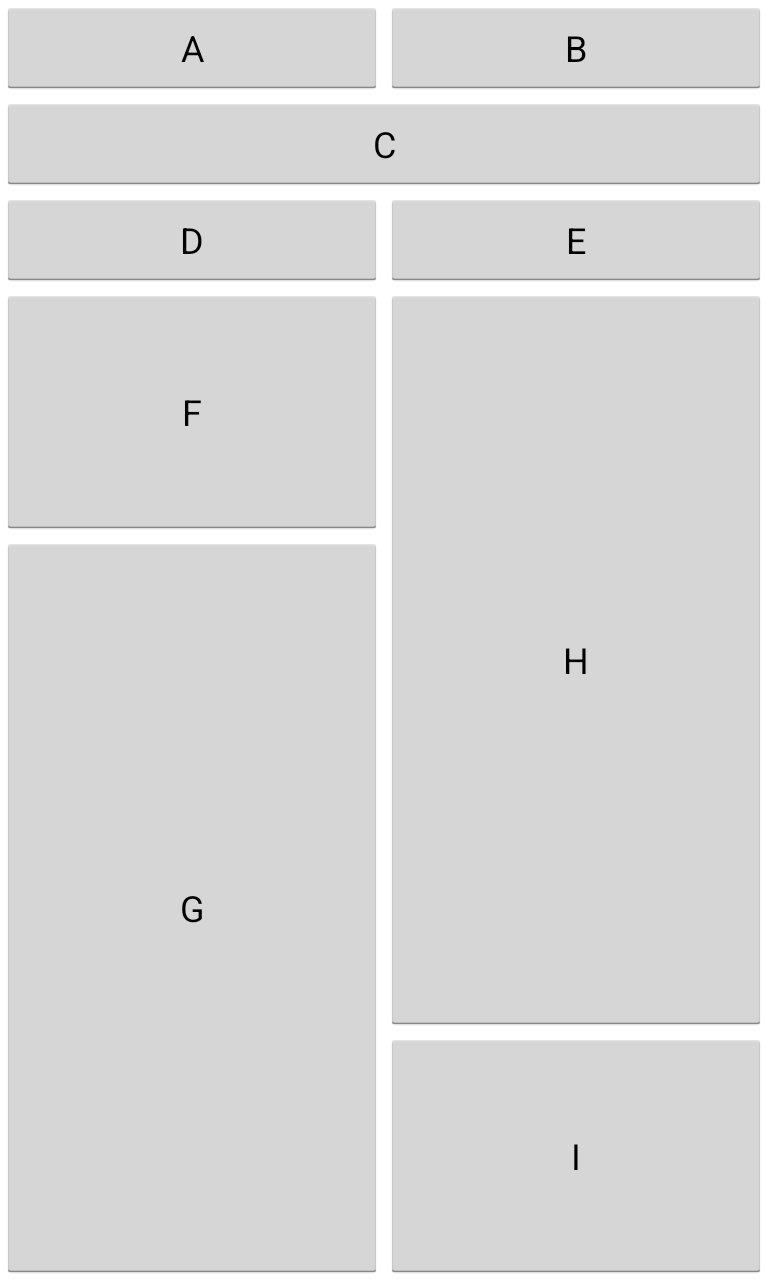
Repository: iracom/ejercicios-android
Layout: Layouts/res/layout/activity_main.xml
An editor plug-in stored every save of this project. The layout is shown before and after the next save, followed by the edit.
It is drawn on a 768 x 1280 px phone screen (xhdpi) without system bars, with theme AppTheme; the app's code is not run.

Above is the layout before, as saved 2014-05-07 06:39:55.

### Layouts/res/layout/activity_main.xml
<LinearLayout xmlns:android="http://schemas.android.com/apk/res/android"
    xmlns:tools="http://schemas.android.com/tools"
    android:id="@+id/container"
    android:layout_width="match_parent"
    android:layout_height="match_parent"
    android:orientation="vertical"
    tools:context="com.iraitzcompains.layouts.MainActivity"
    tools:ignore="MergeRootFrame" >

    <LinearLayout
        android:layout_width="match_parent"
        android:layout_height="wrap_content" >

        <Button
            android:id="@+id/button1"
            android:layout_width="wrap_content"
            android:layout_height="wrap_content"
            android:layout_weight="1"
            android:text="@string/button_a" />

        <Button
            android:id="@+id/button2"
            android:layout_width="wrap_content"
            android:layout_height="wrap_content"
            android:layout_weight="1"
            android:text="@string/button_b" />
    </LinearLayout>

    <Button
        android:id="@+id/button3"
        android:layout_width="match_parent"
        android:layout_height="wrap_content"
        android:text="@string/button_c" />

    <LinearLayout
        android:layout_width="match_parent"
        android:layout_height="wrap_content" >

        <Button
            android:id="@+id/button4"
            android:layout_width="wrap_content"
            android:layout_height="wrap_content"
            android:layout_weight="1"
            android:text="@string/button_d" />

        <Button
            android:id="@+id/button5"
            android:layout_width="wrap_content"
            android:layout_height="wrap_content"
            android:layout_weight="1"
            android:text="@string/button_e" />

    </LinearLayout>

    <LinearLayout
        android:layout_width="match_parent"
        android:layout_height="match_parent"
        android:baselineAligned="true">

        <LinearLayout
            android:layout_width="match_parent"
            android:layout_height="match_parent"
            android:layout_weight="1"
            android:orientation="vertical" >

            <Button
                android:id="@+id/button6"
                android:layout_width="match_parent"
                android:layout_height="match_parent"
                android:layout_weight="3"
                android:text="@string/button_f" />

            <Button
                android:id="@+id/button7"
                android:layout_width="match_parent"
                android:layout_height="match_parent"
                android:layout_weight="1"
                android:text="@string/button_g" />

        </LinearLayout>

        <LinearLayout
            android:layout_width="match_parent"
            android:layout_height="match_parent"
            android:layout_weight="1"
            android:orientation="vertical" >

            <Button
                android:id="@+id/button8"
                android:layout_width="match_parent"
                android:layout_height="match_parent"
                android:layout_weight="1"
                android:text="@string/button_h" />

            <Button
                android:id="@+id/button9"
                android:layout_width="match_parent"
                android:layout_height="match_parent"
                android:layout_weight="3"
                android:text="@string/button_i" />

        </LinearLayout>

    </LinearLayout>

</LinearLayout>

### Layouts/res/values/strings.xml
<?xml version="1.0" encoding="utf-8"?>
<resources>

    <string name="app_name">Layouts</string>
    <string name="hello_world">Hello world!</string>
    <string name="action_settings">Settings</string>
    <string name="button_a">A</string>
    <string name="button_b">B</string>
    <string name="button_c">C</string>
    <string name="button_d">D</string>
    <string name="button_e">E</string>
    <string name="button_f">F</string>
    <string name="button_g">G</string>
    <string name="button_h">H</string>
    <string name="button_i">I</string>

</resources>

Loaded but not shown: Layouts/res/values/styles.xml (common file); Layouts/res/values-v11/styles.xml (common file); Layouts/res/values-v14/styles.xml (common file)

After the next save:
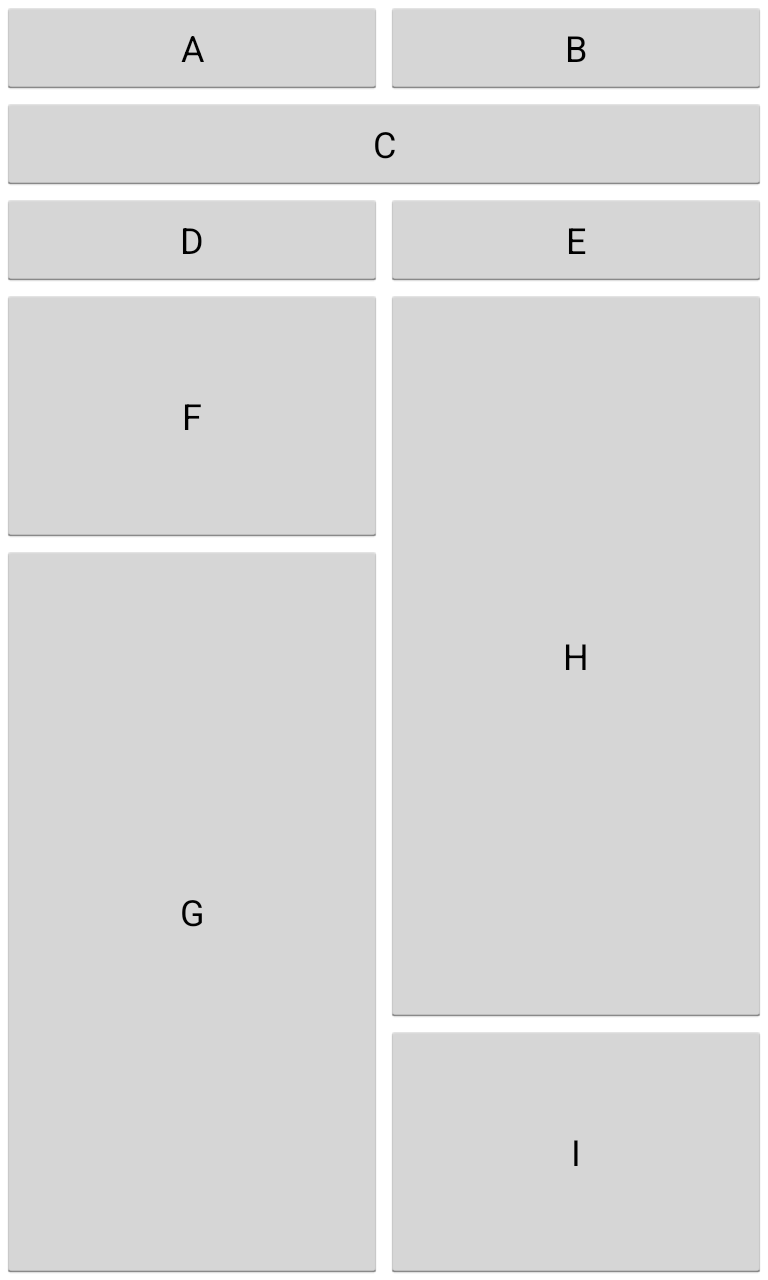
Saved 84 s later.
--- a/Layouts/res/layout/activity_main.xml
+++ b/Layouts/res/layout/activity_main.xml
@@ -66,15 +66,15 @@
             <Button
                 android:id="@+id/button6"
                 android:layout_width="match_parent"
-                android:layout_height="match_parent"
-                android:layout_weight="3"
+                android:layout_height="wrap_content"
+                android:layout_weight="1"
                 android:text="@string/button_f" />
 
             <Button
                 android:id="@+id/button7"
                 android:layout_width="match_parent"
-                android:layout_height="match_parent"
-                android:layout_weight="1"
+                android:layout_height="wrap_content"
+                android:layout_weight="4"
                 android:text="@string/button_g" />
 
         </LinearLayout>
@@ -88,15 +88,15 @@
             <Button
                 android:id="@+id/button8"
                 android:layout_width="match_parent"
-                android:layout_height="match_parent"
-                android:layout_weight="1"
+                android:layout_height="wrap_content"
+                android:layout_weight="4"
                 android:text="@string/button_h" />
 
             <Button
                 android:id="@+id/button9"
                 android:layout_width="match_parent"
-                android:layout_height="match_parent"
-                android:layout_weight="3"
+                android:layout_height="wrap_content"
+                android:layout_weight="1"
                 android:text="@string/button_i" />
 
         </LinearLayout>
